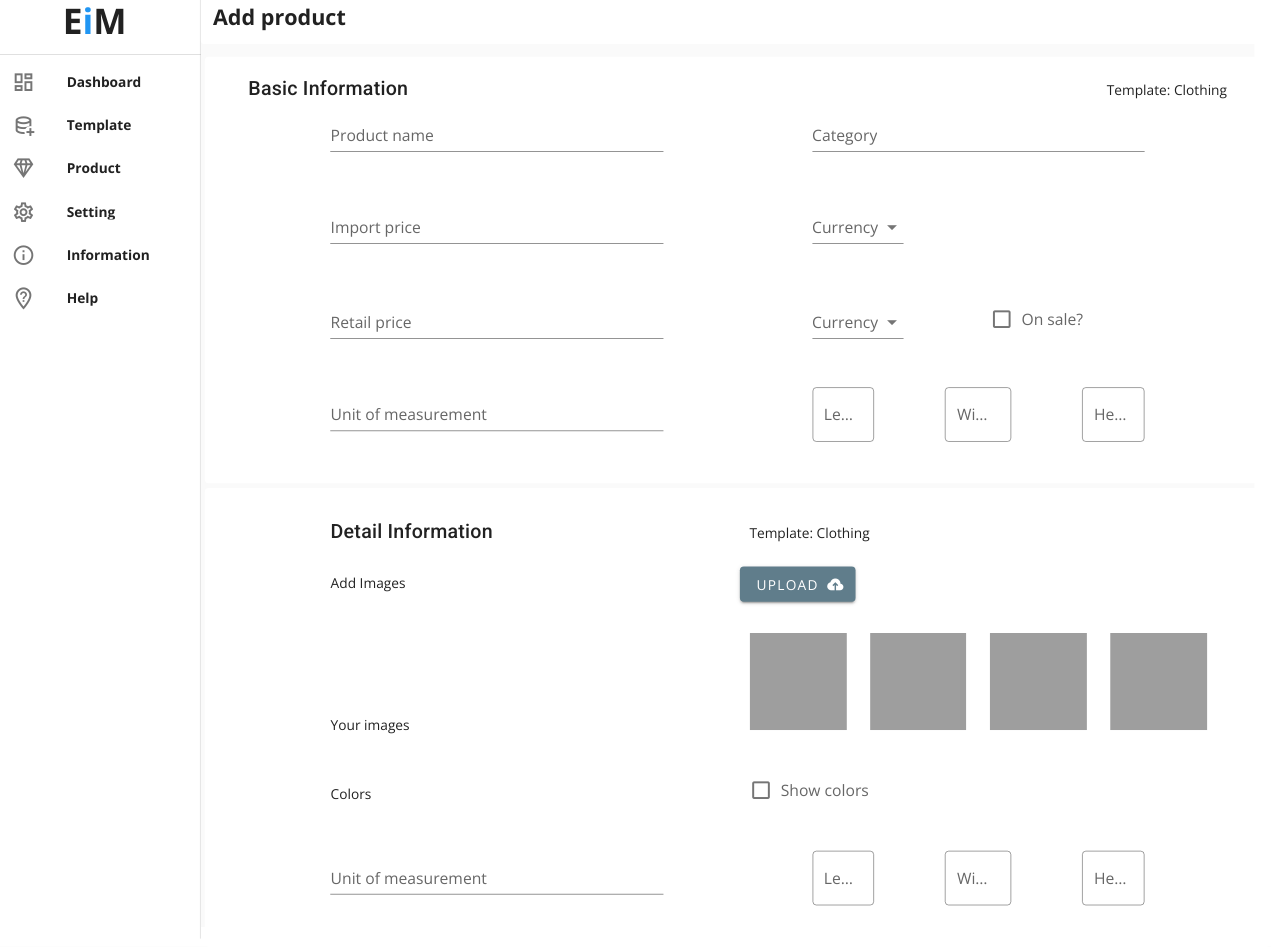
Repository: nguyenphuong152/pim-template
Page: /addproduct
These files come from the project's save history. The page is drawn as it stood at one moment and after the next save; the edit follows.
The browser window is 1280 px wide. The page is 1308 px wide, so the pictures cover 1308 px, including what lies to the right of the window. The pictures show the whole page, at 98% of full size.
Pictures or frames that could not be fetched are drawn as grey boxes. The project was rebuilt for these pictures with package versions that can differ from the ones it lists, and the page was loaded fresh each time. Also part of the build but not shown: vue.config.js, src/views/Home.vue, src/components/Outcome_1/SearchTemplate.vue, src/components/Outcome_1/YourTemplate.vue, src/components/Outcome_1/ListComponent.vue, src/components/Outcome_1/AddInfo.vue, src/components/Outcome_1/AddDetail.vue, src/components/Outcome_1/CreateRegion.vue and 5 more.

Above is the page before, as saved 2020-12-21 12:53:52.

### public/index.html
<!DOCTYPE html>
<html lang="en">
  <head>
    <meta charset="utf-8" />
    <meta http-equiv="X-UA-Compatible" content="IE=edge" />
    <meta name="viewport" content="width=device-width,initial-scale=1.0" />
    <link rel="icon" href="<%= BASE_URL %>favicon.ico" />
    <link rel="preconnect" href="https://fonts.gstatic.com" />
    <link rel="preconnect" href="https://fonts.gstatic.com" />
    <link rel="preconnect" href="https://fonts.gstatic.com" />
    <link
      href="https://fonts.googleapis.com/css2?family=Open+Sans:wght@300;400;600;700;800&display=swap"
      rel="stylesheet"
    />
    <link
      href="https://fonts.googleapis.com/css?family=Montserrat:300,400,500,600,700"
      rel="stylesheet"
    />
    <title><%= htmlWebpackPlugin.options.title %></title>
    <link
      rel="stylesheet"
      href="https://fonts.googleapis.com/css?family=Roboto:100,300,400,500,700,900"
    />
    <link
      rel="stylesheet"
      href="https://cdn.jsdelivr.net/npm/@mdi/font@latest/css/materialdesignicons.min.css"
    />
  </head>
  <body>
    <noscript>
      <strong
        >We're sorry but <%= htmlWebpackPlugin.options.title %> doesn't work
        properly without JavaScript enabled. Please enable it to
        continue.</strong
      >
    </noscript>
    <div id="app"></div>
    <!-- built files will be auto injected -->
  </body>
</html>

### src/main.js
import Vue from 'vue'
import App from './App.vue'
import router from './router'
import '../sass/style.scss'
import vuetify from './plugins/vuetify';

Vue.config.productionTip = false

new Vue({
  router,
  vuetify,
  render: h => h(App)
}).$mount('#app')

### src/App.vue
<template>
  <v-app v-bind:style="{ background: activeColor }">
    <v-row>
      <v-col cols="2" class="pa-0">
        <v-navigation-drawer permanent width="220">
          <v-list-item>
            <v-list-item-content>
              <v-list-item-title class="logo">
                E<span class="blue--text">i</span>M
              </v-list-item-title>
            </v-list-item-content>
          </v-list-item>

          <v-divider></v-divider>

          <v-list dense nav class="text-start pl-4">
            <v-list-item
              v-for="item in items"
              :key="item.title"
              :to="item.path"
              color="blue"
            >
              <v-list-item-icon>
                <v-icon>{{ item.icon }}</v-icon>
              </v-list-item-icon>
              <v-list-item-content>
                <v-list-item-title class="template-title font-weight-bold ">{{
                  item.title
                }}</v-list-item-title>
              </v-list-item-content>
            </v-list-item>
          </v-list>
        </v-navigation-drawer>
      </v-col>
      <v-col class="pa-0">
        <router-view />
      </v-col>
    </v-row>
  </v-app>
</template>

<script>
export default {
  name: "App",
  components: {},
  watch: {
    $route(to) {
      document.title = `${to.meta.title}`;
    },
  },
  data() {
    return {
      clicked: false,
      activeColor: "#FAFAFA",
      items: [
        { title: "Dashboard", icon: "mdi-view-dashboard-outline", path: "" },
        {
          title: "Template",
          icon: "mdi-database-plus-outline",
          path: "/template",
        },
        { title: "Product", icon: "mdi-diamond-stone", path: "/product" },
        { title: "Setting", icon: "mdi-cog-outline", path: "" },
        { title: "Information", icon: "mdi-information-outline", path: "" },
        { title: "Help", icon: "mdi-map-marker-question-outline", path: "" },
      ],
      right: null,
    };
  },
};
</script>

### src/router/index.js
import Vue from "vue";
import VueRouter from "vue-router";
import Home from "../views/Home.vue";
import Template from "../views/Outcome_1/CreateProductTemplate.vue";
import Product from "../views/Outcome_2/Outcome_2_screen.vue";
import AddProduct from "../views/Outcome_2/AddProduct.vue";

Vue.use(VueRouter);

const routes = [
  {
    path: "/",
    name: "Home",
    component: Home,
  },
  {
    path: "/template",
    name: "Template",
    component: Template,
    meta: {
      title: "Add Template",
    },
  },
  {
    path: "/product",
    name: "Product",
    component: Product,
    meta: {
      title: "Product",
    },
  },
  {
    path: "/addproduct",
    name: "AddProduct",
    component: AddProduct,
    meta: {
      title: "Add Product",
    },
  },
  {
    path: "/about",
    name: "About",
    // route level code-splitting
    // this generates a separate chunk (about.[hash].js) for this route
    // which is lazy-loaded when the route is visited.
    component: () =>
      import(/* webpackChunkName: "about" */ "../views/About.vue"),
  },
];

const router = new VueRouter({
  mode: "history",
  base: process.env.BASE_URL,
  routes,
});

export default router;

### sass/style.scss
$font-primary: 'Open Sans',
sans-serif;

@import "~vuetify/src/styles/styles.sass";

$fontsize-content: 14px;
$fontsize-title: 24px;
$fontsize-logo:36px;
$fontsize-header:22px;
$fontsize-nav:20px;


#app {
  font-family: $font-primary;
   font-size:$fontsize-content;
  -webkit-font-smoothing: antialiased;
  -moz-osx-font-smoothing: grayscale;
  text-align: center;
  color: #2c3e50;
}

#nav {
  padding: 30px;
}

#nav a {
  font-weight: bold;
  color: #2c3e50;
}

#nav a.router-link-exact-active {
  color: #42b983;
}

.title {
  font: $font-primary !important;
  font-size: $fontsize-nav !important;
}

.logo {
  @extend .title;
  font-weight: 700 !important;
  font-size: $fontsize-logo !important;
}

.text-header {
  font: $font-primary !important;
  font-size: $fontsize-header !important;
  font-weight: 700;
}


.template-title {
  @extend .title;
  font-size: $fontsize-content !important;
}

### src/views/Outcome_2/AddProduct.vue
<template>
  <v-container class="pa-0">
    <v-card class="" flat>
      <v-container class="text-start">
        <v-row class="align-baseline">
          <v-col cols="10">
            <span class="text-header">Add product</span>
          </v-col>
        </v-row>
      </v-container>
    </v-card>
    <br />
    <BasicInfo />
    <br />
    <DetailInfo />
  </v-container>
</template>

<script>
import BasicInfo from "../../components/Outcome_2/BasicInfo";
import DetailInfo from "../../components/Outcome_2/Detail";

export default {
  components: {
    BasicInfo,
    DetailInfo,
  },
};
</script>

### src/components/Outcome_2/BasicInfo.vue
<template>
  <v-container class="text-start ma-1 pa-0">
    <v-card flat>
      <v-row class="d-flex align-baseline px-14 pt-4">
        <span class="title ">Basic Information</span>
        <v-spacer></v-spacer>
        <span>Template: Clothing</span>
      </v-row>
      <v-container class="px-16 py-0">
        <v-row class="d-flex align-baseline pa-0">
          <v-col>
            <v-container class="py-0 px-16">
              <v-text-field
                color="blue darken-2"
                label="Product name"
                hint="Miniskirt-02"
                required
              ></v-text-field>
            </v-container>
          </v-col>
          <v-col>
            <v-container class="py-0 px-16">
              <v-text-field
                color="blue darken-2"
                label="Category"
                hint="Ex: Miniskirt"
                required
              ></v-text-field>
            </v-container>
          </v-col>
        </v-row>
        <v-row class="d-flex align-baseline">
          <v-col cols="6">
            <v-container class="py-0 px-16">
              <v-text-field
                color="blue darken-2"
                label="Import price"
                hint="180,000"
                required
              ></v-text-field>
            </v-container>
          </v-col>
          <v-col cols="3">
            <v-container class="py-0 px-16">
              <v-select :items="items" label="Currency"></v-select>
            </v-container>
          </v-col>
          <v-col> </v-col>
        </v-row>
        <v-row class="d-flex align-baseline">
          <v-col cols="6">
            <v-container class="py-0 px-16">
              <v-text-field
                color="blue darken-2"
                label="Retail price"
                hint="180,000"
                required
              ></v-text-field>
            </v-container>
          </v-col>
          <v-col cols="3">
            <v-container class="py-0 px-16">
              <v-select :items="items" label="Currency"></v-select>
            </v-container>
          </v-col>
          <v-col
            ><v-checkbox label="On sale?" color="red" hide-details></v-checkbox>
          </v-col>
        </v-row>
        <v-row class="d-flex align-baseline">
          <v-col cols="6">
            <v-container class="py-0 px-16">
              <v-text-field
                color="blue darken-2"
                label="Unit of measurement"
                hint="Ex: piece, pair,..."
                required
              ></v-text-field>
            </v-container>
          </v-col>
          <v-col>
            <v-row>
              <v-col>
                <v-container class="py-0 pl-16">
                  <v-text-field
                    label="Length"
                    placeholder="70cm"
                    outlined
                  ></v-text-field>
                </v-container>
              </v-col>
              <v-col>
                <v-container class="py-0 pr-9 pl-9">
                  <v-text-field
                    label="Width"
                    placeholder="50cm"
                    outlined
                  ></v-text-field>
                </v-container>
              </v-col>
              <v-col>
                <v-container class="py-0 pr-16">
                  <v-text-field
                    label="Height"
                    placeholder="10cm"
                    outlined
                  ></v-text-field>
                </v-container>
              </v-col>
            </v-row>
          </v-col>
        </v-row>
      </v-container>
    </v-card>
  </v-container>
</template>

<script>
export default {
  data: () => ({
    items: ["VND", "USD", "EUR"],
  }),
};
</script>

<style></style>

### src/components/Outcome_2/Detail.vue
<template>
  <v-container class="text-start ma-1 pa-0">
    <v-card flat>
      <v-row class="d-flex align-baseline px-16 pt-4">
        <v-col>
          <v-container class="px-16 py-0">
            <span class="title ">Detail Information</span>
          </v-container>
        </v-col>
        <v-col>
          <span>Template: Clothing</span>
        </v-col>
      </v-row>
      <v-container class="px-16 py-0">
        <v-row class="d-flex align-baseline pa-0">
          <v-col cols="5">
            <v-container class="py-0 px-16">
              <span>Add Images</span>
            </v-container>
          </v-col>
          <v-col>
            <v-container class="py-0 px-16  ">
              <v-btn color="blue-grey" class="ma-2 white--text">
                Upload
                <v-icon right dark>
                  mdi-cloud-upload
                </v-icon>
              </v-btn>
            </v-container>
          </v-col>
        </v-row>
        <v-row class="d-flex align-baseline">
          <v-col cols="6">
            <v-container class="py-0 px-16">
              Your images
            </v-container>
          </v-col>
          <v-col>
            <v-row>
              <v-col v-for="n in 4" :key="n" class="d-flex child-flex">
                <v-img
                  :src="`https://picsum.photos/500/300?image=${n * 3 + 10}`"
                  :lazy-src="`https://picsum.photos/10/6?image=${n * 3 + 10}`"
                  aspect-ratio="1"
                  class="grey lighten-2"
                  width="70"
                >
                  <template v-slot:placeholder>
                    <v-row
                      class="fill-height ma-0"
                      align="center"
                      justify="center"
                    >
                      <v-progress-circular
                        indeterminate
                        color="grey lighten-5"
                      ></v-progress-circular>
                    </v-row>
                  </template>
                </v-img>
              </v-col>
            </v-row>
          </v-col>
        </v-row>
        <v-row class="d-flex align-baseline">
          <v-col cols="6">
            <v-container class="py-0 px-16">
              <span>Colors</span>
            </v-container>
          </v-col>
          <v-col cols="4" v-if="checkbox">
            <v-container class="py-0">
              <v-row align="center" justify="start">
                <v-col
                  v-for="(selection, i) in selections"
                  :key="selection.text"
                  class="shrink"
                >
                  <v-chip
                    :disabled="loading"
                    close
                    @click:close="selected.splice(i, 1)"
                  >
                    <v-icon left v-text="selection.icon"></v-icon>
                    {{ selection.text }}
                  </v-chip>
                </v-col>

                <v-col v-if="!allSelected" cols="12">
                  <v-text-field
                    ref="search"
                    v-model="search"
                    full-width
                    hide-details
                    label="Search"
                    single-line
                  ></v-text-field>
                </v-col>
              </v-row>
            </v-container>
            <v-list>
              <template v-for="item in categories">
                <v-list-item
                  v-if="!selected.includes(item)"
                  :key="item.text"
                  :disabled="loading"
                  @click="selected.push(item)"
                >
                  <v-list-item-title v-text="item.text"></v-list-item-title>
                </v-list-item>
              </template>
            </v-list>
          </v-col>
          <v-col>
            <v-checkbox v-model="checkbox" label="Show colors"></v-checkbox>
          </v-col>
        </v-row>
        <v-row class="d-flex align-baseline">
          <v-col cols="6">
            <v-container class="py-0 px-16">
              <v-text-field
                color="blue darken-2"
                label="Unit of measurement"
                hint="Ex: piece, pair,..."
                required
              ></v-text-field>
            </v-container>
          </v-col>
          <v-col>
            <v-row>
              <v-col>
                <v-container class="py-0 pl-16">
                  <v-text-field
                    label="Length"
                    placeholder="70cm"
                    outlined
                  ></v-text-field>
                </v-container>
              </v-col>
              <v-col>
                <v-container class="py-0 pr-9 pl-9">
                  <v-text-field
                    label="Width"
                    placeholder="50cm"
                    outlined
                  ></v-text-field>
                </v-container>
              </v-col>
              <v-col>
                <v-container class="py-0 pr-16">
                  <v-text-field
                    label="Height"
                    placeholder="10cm"
                    outlined
                  ></v-text-field>
                </v-container>
              </v-col>
            </v-row>
          </v-col>
        </v-row>
      </v-container>
    </v-card>
  </v-container>
</template>

<script>
export default {
  data: () => ({
    checkbox: false,
    items: [
      {
        text: "Red",
      },
      {
        text: "Green",
      },
      {
        text: "Blue",
      },
      {
        text: "Yellow",
      },
    ],
    loading: false,
    search: "",
    selected: [],
  }),
  computed: {
    allSelected() {
      return this.selected.length === this.items.length;
    },
    categories() {
      const search = this.search.toLowerCase();

      if (!search) return this.items;

      return this.items.filter((item) => {
        const text = item.text.toLowerCase();

        return text.indexOf(search) > -1;
      });
    },
    selections() {
      const selections = [];

      for (const selection of this.selected) {
        selections.push(selection);
      }

      return selections;
    },
  },
  watch: {
    selected() {
      this.search = "";
    },
  },
};
</script>

<style></style>

Loaded but not shown: src/plugins/vuetify.js (common file)

After the next save:
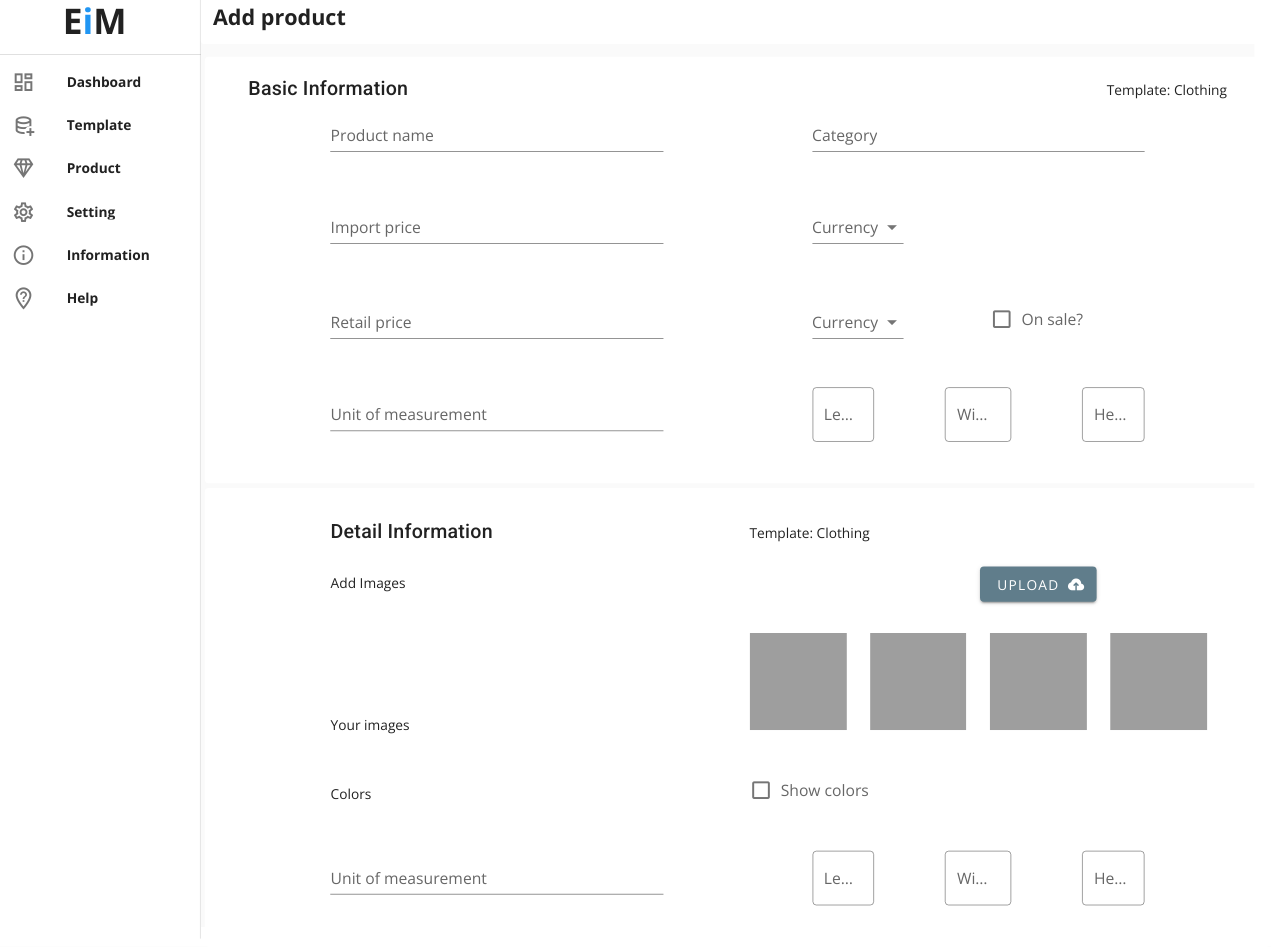
Saved 11 s later.
--- a/src/components/Outcome_2/Detail.vue
+++ b/src/components/Outcome_2/Detail.vue
@@ -13,12 +13,12 @@
       </v-row>
       <v-container class="px-16 py-0">
         <v-row class="d-flex align-baseline pa-0">
-          <v-col cols="5">
+          <v-col>
             <v-container class="py-0 px-16">
               <span>Add Images</span>
             </v-container>
           </v-col>
-          <v-col>
+          <v-col cols="4">
             <v-container class="py-0 px-16  ">
               <v-btn color="blue-grey" class="ma-2 white--text">
                 Upload
